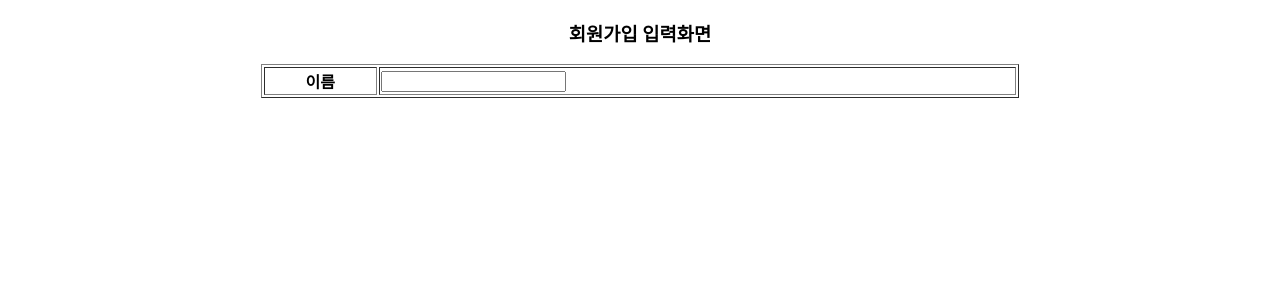
Repository: KeekeunTae/TeamC
Page: Study_Web/workspace/01.FirstProject/WebContent/memberJoinForm.html
An editor plug-in stored every save of this project. The page is shown before and after the next save, followed by the edit.
The browser window is 1280 px wide. The pictures show the whole page.

Above is the page before, as saved 2021-11-08 07:47:31.

After the next save:
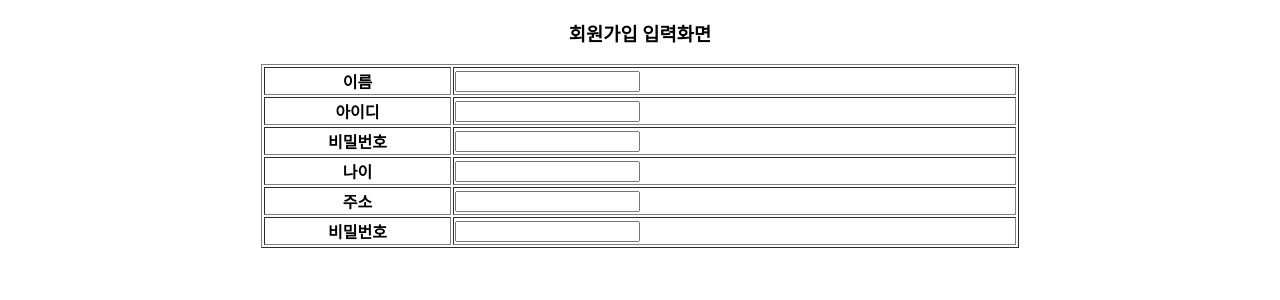
Saved 5 min 56 s later.
--- a/Study_Web/workspace/01.FirstProject/WebContent/memberJoinForm.html
+++ b/Study_Web/workspace/01.FirstProject/WebContent/memberJoinForm.html
@@ -12,11 +12,28 @@
 	<tr>
 		<th>이름</th>
 		<td><input type= "text" name="name" required="required"/></td>
-
+	</tr>
+	<tr>
+		<th>아이디</th>
+		<td><input type="text" name="id" required="required"/></td>
+	</tr>
+	<tr>
+		<th>비밀번호</th>
+		<td><input type="password" name="pw" required="required"/></td>
+	</tr>
+	<tr>
+		<th>나이</th>
+		<td><input type="password" name="age" required="required"/></td>
+	</tr>
+		<tr>
+		<th>주소</th>
+		<td><input type="text" name="addr" required="required"/></td>
+	</tr>
+		<tr>
+		<th>비밀번호</th>
+		<td><input type="password" name="pw" required="required"/></td>
 	</tr>
 </table>
-
-
 </form>
 </div>
 </body>
